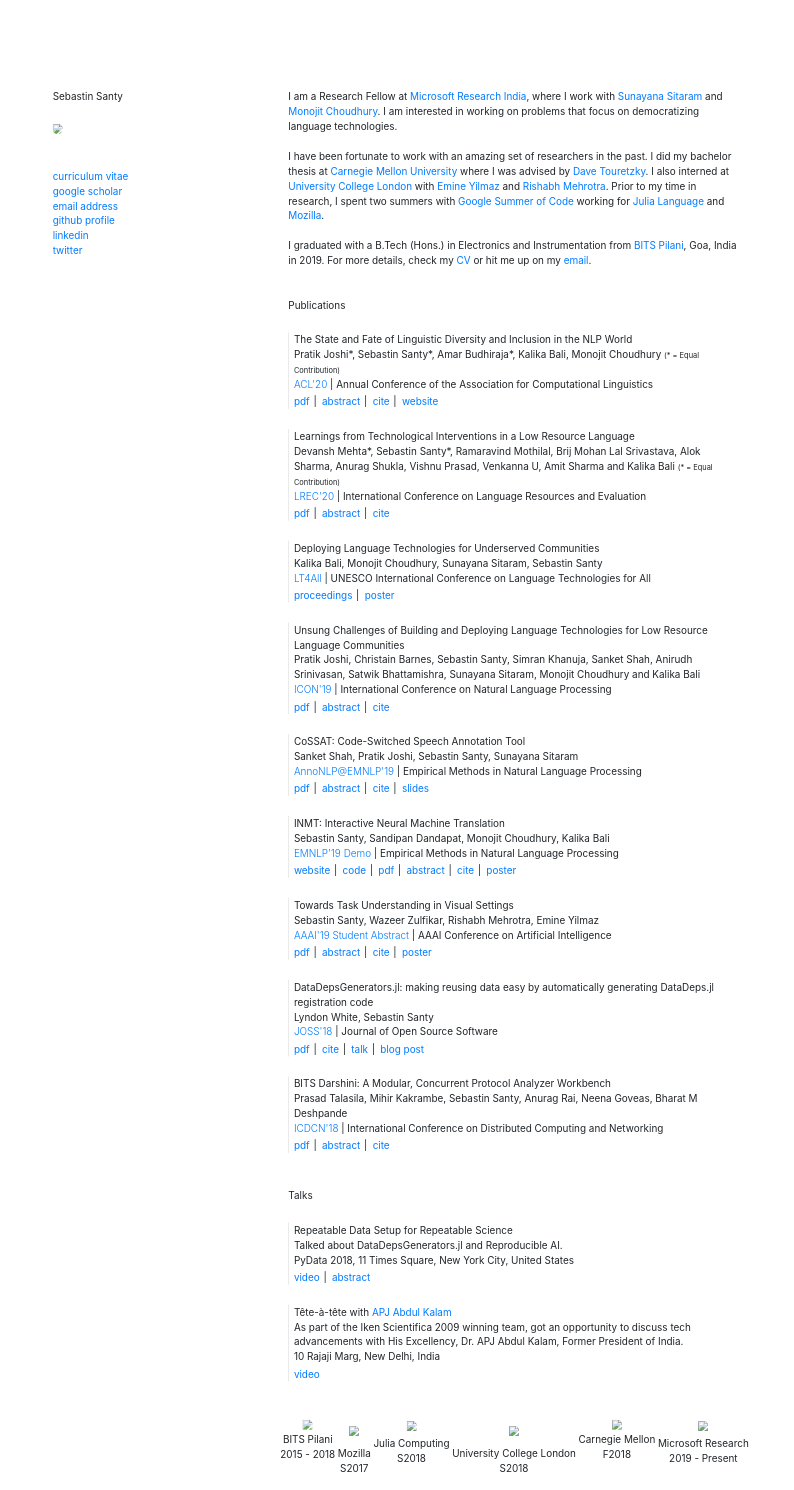
Repository: divyanshuaggarwal/divyanshuaggarwal.github.io
Page: index.html
An editor plug-in stored every save of this project. The page is shown before and after the next save, followed by the edit.
The browser window is 1280 px wide. The pictures show the whole page, at 62% of full size.

Above is the page before, as saved 2024-02-18 23:10:04.
Not found: assets/style-3.js
Not found: images/CMU1.png
Not found: images/bitspilani.png

### index.html
<!doctype html>
<html lang="en">
  <head>

    <!-- Required meta tags -->
    <meta charset="utf-8">
    <meta name="viewport" content="width=device-width, initial-scale=1, shrink-to-fit=no">
    <meta name="description" content="AI Center Fellow, Microsoft Research India">
    <meta name="author" content="Sebastin Santy">
    <meta name="theme-color" content="#222222">

    <link rel="apple-touch-icon" sizes="180x180" href="images/nicons/apple-touch-icon.png">
    <link rel="icon" type="image/png" sizes="32x32" href="images/nicons/favicon-32x32.png">
    <link rel="icon" type="image/png" sizes="16x16" href="images/nicons/favicon-16x16.png">

    <!-- Bootstrap CSS -->
    <link rel="stylesheet" href="https://stackpath.bootstrapcdn.com/bootstrap/4.4.1/css/bootstrap.min.css" integrity="sha384-Vkoo8x4CGsO3+Hhxv8T/Q5PaXtkKtu6ug5TOeNV6gBiFeWPGFN9MuhOf23Q9Ifjh" crossorigin="anonymous">
    <link rel="stylesheet" href="assets/style-3.css">

    <title>Sebastin Santy</title>
  </head>
  <body>
    <!-- <h1>Hello, world!</h1> -->
    <div class="container pt-5 allstuffp">
        <div class="row pt-5 allstuff">
            <div class="col-md-4 pt-5">
                <div class="fixed-posi">
                <p class="name">Sebastin Santy</p>
                <img src="images/profile-pixel.png" class="profilepic pt-3 pb-2">
                <div class="pt-5 menur"><a class="menulink" target="_blank" href="assets/sebastin_cv.pdf">curriculum vitae</a></div>
                <div class=""><a class="menulink" target="_blank" href="https://scholar.google.com/citations?user=HsyMg08AAAAJ">google scholar</a></div>
                <div class=""><a class="menulink" target="_blank" href="mailto:hi@sebast.in">email address</a></div>
                <div class=""><a class="menulink" target="_blank" href="https://github.com/sebastinsanty">github profile</a></div>
                <div class=""><a class="menulink" target="_blank" href="https://www.linkedin.com/in/sebastinsanty/">linkedin</a></div>
                <div class=""><a class="menulink" target="_blank" href="https://twitter.com/sebastinsanty">twitter</a></div>


                <!-- <div class="pt-5">usercontext</div> -->
                <!-- <div class="">travel history</div> -->
                <!-- <div class="">this template</div> -->
                </div>
            </div>
            <div class="col-md-8 pt-5 about">
                 I am a Research Fellow at <a class="in-text"
                     href="https://www.microsoft.com/en-us/research/lab/microsoft-research-india/"
                     target="_blank">Microsoft Research India</a>, where I work with <a class="in-text"
                     href="https://www.microsoft.com/en-us/research/people/kalikab/" target="_blank">Sunayana Sitaram</a> and
                 <a class="in-text" href="https://www.microsoft.com/en-us/research/people/monojitc/"
                     target="_blank">Monojit Choudhury</a>. I am interested in working on problems that focus on
                 democratizing language technologies. <br> <br>


                 I have been fortunate to work with an amazing set of researchers in the past. I did my bachelor thesis
                 at <a class="in-text" href="https://www.cmu.edu/" target="_blank">Carnegie Mellon University</a> where
                 I was advised by <a class="in-text" href="http://www.cs.cmu.edu/~dst/" target="_blank">Dave
                     Touretzky</a>. I also interned at <a class="in-text" href="https://www.ucl.ac.uk/"
                     target="_blank">University College London</a> with <a class="in-text"
                     href="https://emineyilmaz.cs.ucl.ac.uk" target="_blank">Emine Yilmaz</a> and <a class="in-text"
                     href="http://rishabhmehrotra.com/" target="_blank">Rishabh Mehrotra</a>. Prior to my time in
                 research, I spent two summers with <a class="in-text" href="https://summerofcode.withgoogle.com/"
                     target="_blank">Google Summer of Code</a> working for <a class="in-text"
                     href="https://julialang.org/" target="_blank">Julia Language</a> and <a class="in-text"
                     href="https://www.mozilla.org/" target="_blank">Mozilla</a>. <br><br>

                 I graduated with a B.Tech (Hons.) in Electronics and Instrumentation from <a class="in-text"
                     href="https://www.bits-pilani.ac.in/" target="_blank">BITS Pilani</a>, Goa, India in 2019. For more
                 details, check my <a class="in-text" href="assets/sebastin_cv.pdf" target="_blank">CV</a> or hit me up
                 on my <a class="in-text" href="mailto:hi@sebast.in">email</a>.

                 <p class="header pt-5">Publications</p>
                 <div class="py-2">
                 <p class="paper my-2 pl-2">
                     <span class="papertitle">The State and Fate of Linguistic Diversity and Inclusion in the NLP
                         World</span><br>
                     Pratik Joshi*, <span class="thisauthor">Sebastin Santy*</span>, Amar Budhiraja*, Kalika Bali, Monojit Choudhury
                     <span class="noter"> (* = Equal Contribution)</span><br>
                     <span class="conf"><a class="confshort" href="https://acl2020.org/">ACL'20</a> | Annual Conference of the Association for Computational
                         Linguistics</span><br>

                     <a class="tag" href="https://arxiv.org/pdf/2004.09095.pdf" target="_blank">pdf</a><span class="tagsep">|</span>
                     <a class="tag" href="https://arxiv.org/abs/2004.09095" target="_blank">abstract</a><span class="tagsep">|</span>
                     <a class="tag" href="cites/acl2020.bib" target="_blank">cite</a><span class="tagsep">|</span>
                     <a class="tag" href="https://microsoft.github.io/linguisticdiversity/" target="_blank">website</a>
                 </p>
                 </div>
                 <div class="py-2">
                 <p class="paper my-2 pl-2">
                     <span class="papertitle">Learnings from Technological Interventions in a Low Resource
                         Language</span><br>
                     Devansh Mehta*, <span class="thisauthor">Sebastin Santy*</span>, Ramaravind Mothilal, Brij Mohan
                     Lal Srivastava, Alok
                     Sharma, Anurag Shukla, Vishnu Prasad, Venkanna U, Amit Sharma and Kalika Bali
                     <span class="noter"> (* = Equal Contribution)</span><br>
                     <span class="conf"><a class="confshort" href="https://lrec2020.lrec-conf.org/">LREC'20</a> | International Conference on Language
                         Resources and Evaluation</span><br>

                     <a class="tag" href="https://arxiv.org/pdf/2004.10270.pdf" target="_blank">pdf</a><span class="tagsep">|</span>
                     <a class="tag" href="https://arxiv.org/abs/2004.10270" target="_blank">abstract</a><span class="tagsep">|</span>
                     <a class="tag" href="cites/lrec2020.bib" target="_blank">cite</a>
                 </p>
                 </div>
                 <div class="py-2">
                 <p class="paper my-2 pl-2">
                     <span class="papertitle">Deploying Language Technologies for Underserved Communities</span><br>
                     Kalika Bali, Monojit Choudhury, Sunayana Sitaram, <span class="thisauthor">Sebastin Santy</span><br>
                     <span class="conf"><a class="confshort" href="https://en.unesco.org/LT4All">LT4All</a> | UNESCO International Conference on Language
                         Technologies for All</span><br>
                     <a class="tag" href="https://en.unesco.org/sites/default/files/lt4all_programme_day2and3.pdf"
                         target="_blank">proceedings</a><span class="tagsep">|</span>
                     <a class="tag" href="assets/unesco.pdf" target="_blank">poster</a>
                 </p>   </div>
                 <div class="py-2">
                 <p class="paper my-2 pl-2">
                     <span class="papertitle">Unsung Challenges of Building and Deploying Language Technologies for Low
                         Resource Language Communities</span><br>
                     Pratik Joshi, Christain Barnes, <span class="thisauthor">Sebastin Santy</span>, Simran Khanuja,
                     Sanket Shah, Anirudh
                     Srinivasan, Satwik Bhattamishra, Sunayana Sitaram, Monojit Choudhury and Kalika Bali<br>
                     <span class="conf"><a class="confshort" href="https://ltrc.iiit.ac.in/icon2019/">ICON'19</a> | International Conference on Natural
                         Language Processing</span><br>
                     <a class="tag" href="https://arxiv.org/pdf/1912.03457.pdf" target="_blank">pdf</a><span class="tagsep">|</span>
                     <a class="tag" href="https://arxiv.org/abs/1912.03457" target="_blank">abstract</a><span class="tagsep">|</span>
                     <a class="tag" href="cites/icon2019.bib" target="_blank">cite</a>
                 </p>
                 </div>
                 <div class="py-2">
                 <p class="paper my-2 pl-2">
                     <span class="papertitle">CoSSAT: Code-Switched Speech Annotation Tool</span><br>
                     Sanket Shah, Pratik Joshi, <span class="thisauthor">Sebastin Santy</span>, Sunayana Sitaram<br>
                     <span class="conf"><a class="confshort" href="https://www.emnlp-ijcnlp2019.org/">AnnoNLP@EMNLP'19</a> | Empirical
                         Methods in Natural Language
                             Processing</span><br>
                     <a class="tag" href="https://www.aclweb.org/anthology/D19-5907.pdf" target="_blank">pdf</a><span class="tagsep">|</span>
                     <a class="tag" href="https://www.aclweb.org/anthology/D19-5907/" target="_blank">abstract</a><span class="tagsep">|</span>
                     <a class="tag" href="cites/cossat.bib" target="_blank">cite</a><span class="tagsep">|</span>
                     <a class="tag" href="assets/cossat.pdf" target="_blank">slides</a>
                 </p>
                 </div>
                 <div class="py-2">
                 <p class="paper my-2 pl-2">
                     <span class="papertitle">INMT: Interactive Neural Machine Translation</span><br>
                     <span class="thisauthor">Sebastin Santy</span>, Sandipan Dandapat, Monojit Choudhury, Kalika Bali<br>
                     <span class="conf"><a class="confshort" href="https://www.emnlp-ijcnlp2019.org/">EMNLP'19 Demo</a> |
                         Empirical Methods in Natural Language Processing</span><br>
                     <a class="tag" href="https://microsoft.github.io/inmt/" target="_blank">website</a><span class="tagsep">|</span>
                     <a class="tag" href="https://github.com/microsoft/inmt" target="_blank">code</a><span class="tagsep">|</span>
                     <a class="tag" href="https://www.aclweb.org/anthology/D19-3018.pdf" target="_blank">pdf</a><span class="tagsep">|</span>
                     <a class="tag" href="https://www.aclweb.org/anthology/D19-3018/" target="_blank">abstract</a><span class="tagsep">|</span>
                     <a class="tag" href="cites/inmt.bib" target="_blank">cite</a><span class="tagsep">|</span>
                     <a class="tag" href="assets/inmt_poster.pdf" target="_blank">poster</a>
                 </p>   </div>
                 <div class="py-2">
                 <p class="paper my-2 pl-2">
                     <span class="papertitle">Towards Task Understanding in Visual Settings</span><br>
                     <span class="thisauthor">Sebastin Santy</span>, Wazeer Zulfikar, Rishabh Mehrotra, Emine Yilmaz<br>
                     <span class="conf"><a class="confshort" href="#">AAAI'19 Student Abstract</a> | AAAI Conference on Artificial Intelligence</span> <br>
                     <a class="tag" href="https://usercontext.github.io/SceneTask/resources/images/manuscript.pdf"
                         target="_blank">pdf</a><span class="tagsep">|</span>
                     <a class="tag" href="https://usercontext.github.io/SceneTask/" target="_blank">abstract</a><span class="tagsep">|</span>
                     <a class="tag" href="cites/aaai2019.bib" target="_blank">cite</a><span class="tagsep">|</span>
                     <a class="tag" href="https://usercontext.github.io/SceneTask/resources/images/poster.pdf"
                         target="_blank">poster</a>
                 </p>   </div>
                 <div class="py-2">
                 <p class="paper my-2 pl-2">
                     <span class="papertitle">DataDepsGenerators.jl: making reusing data easy by automatically
                         generating DataDeps.jl registration
                         code</span><br>
                     Lyndon White, <span class="thisauthor">Sebastin Santy</span><br>
                     <span class="conf"><a class="confshort" href="#">JOSS'18</a> | Journal of Open Source Software</span> <br>
                     <a class="tag" href="https://arxiv.org/pdf/1912.03457.pdf" target="_blank">pdf</a><span class="tagsep">|</span>
                     <a class="tag" href="cites/datadeps.bib" target="_blank">cite</a><span class="tagsep">|</span>
                     <a class="tag" href="https://www.youtube.com/watch?v=eMtuzjn_Xks" target="_blank">talk</a><span class="tagsep">|</span>
                     <a class="tag"
                         href="https://medium.com/@sebastinsanty/google-summer-of-code-2018-julia-computing-report-8d3f553d7050"
                         target="_blank">blog post</a>
                 </p>   </div>
                 <div class="py-2">
                 <p class="paper my-2 pl-2">
                     <span class="papertitle">BITS Darshini: A Modular, Concurrent Protocol Analyzer
                         Workbench</span><br>
                     Prasad Talasila, Mihir Kakrambe, <span class="thisauthor">Sebastin Santy</span>, Anurag Rai, Neena Goveas, Bharat M
                     Deshpande<br>
                     <span class="conf"><a class="confshort" href="#">ICDCN'18</a> | International Conference on Distributed Computing and Networking</span> <br>
                     <a class="tag" href="assets/icdcn.pdf" target="_blank">pdf</a><span class="tagsep">|</span>
                     <a class="tag" href="https://dl.acm.org/doi/10.1145/3154273.3154316" target="_blank">abstract</a><span class="tagsep">|</span>
                     <a class="tag" href="cites/darshini.bib" target="_blank">cite</a>
                 </p>

                 <p class="header pt-5">Talks</p>
                 <div class="py-2">
                 <p class="paper my-2 pl-2">
                     <span class="papertitle">Repeatable Data Setup for Repeatable Science</span><br>
                     Talked about DataDepsGenerators.jl and Reproducible AI.<br>
                     <span class="conf">PyData 2018, 11 Times Square, New York City, United States</span><br>
                     <a class="tag" href="https://www.youtube.com/watch?v=eMtuzjn_Xks" target="_blank">video</a><span class="tagsep">|</span>
                     <a class="tag" href="https://pydata.org/nyc2018/schedule/presentation/14/"
                         target="_blank">abstract</a>
                 </p>
                 </div>
                 <div class="py-2">
                 <p class="paper my-2 pl-2">
                     <span class="papertitle">Tête-à-tête with <a
                             href="https://en.wikipedia.org/wiki/A._P._J._Abdul_Kalam" target="_blank">APJ Abdul
                             Kalam</a></span><br>
                     As part of the Iken Scientifica 2009 winning team, got an opportunity to discuss tech advancements
                     with His Excellency, Dr. APJ Abdul Kalam, Former President of India.<br>
                     <span class="conf">10 Rajaji Marg, New Delhi, India</span><br>
                     <a class="tag" href="https://www.youtube.com/watch?v=oj-rT6CouZg" target="_blank">video</a>
                 </p>
                 </div>
                 </div>


                <div class="row text-center py-4">
                    <div class="mx-auto mt-2">
                        <img class="img-fluid instilogo p-1" src="images/bitspilani.png">
                        <div class="institution">BITS Pilani</div>
                        <div class="years">2015 - 2018</div>
                    </div>
                    <div class="mx-auto mt-2">
                        <img class="img-fluid instilogo p-3" src="images/mozilla1.png">
                        <div class="institution">Mozilla</div>
                        <div class="years">S2017</div>
                    </div>
                    <div class="mx-auto mt-2">
                        <img class="img-fluid instilogo p-2" src="images/julia1.png">
                        <div class="institution">Julia Computing</div>
                        <div class="years">S2018</div>
                    </div>
                    <div class="mx-auto mt-2">
                        <img class="img-fluid instilogo p-3" src="images/ucl1.png">
                        <div class="institution">University College London</div>
                        <div class="years">S2018</div>
                    </div>
                    <div class="mx-auto mt-2">
                        <img class="img-fluid instilogo p-1" src="images/CMU1.png">
                        <div class="institution">Carnegie Mellon</div>
                        <div class="years">F2018</div>
                    </div>
                    <div class="mx-auto mt-2">
                        <img class="img-fluid instilogo p-2" src="images/microsoft_research_logo.jpg">
                        <div class="institution">Microsoft Research</div>
                        <div class="years">2019 - Present</div>
                    </div>
                </div>

            </div>

        </div>
    </div>

    <!-- Optional JavaScript -->
    <!-- jQuery first, then Popper.js, then Bootstrap JS -->
    <script src="https://code.jquery.com/jquery-3.4.1.slim.min.js" integrity="sha384-J6qa4849blE2+poT4WnyKhv5vZF5SrPo0iEjwBvKU7imGFAV0wwj1yYfoRSJoZ+n" crossorigin="anonymous"></script>
    <script src="https://cdn.jsdelivr.net/npm/popper.js@1.16.0/dist/umd/popper.min.js" integrity="sha384-Q6E9RHvbIyZFJoft+2mJbHaEWldlvI9IOYy5n3zV9zzTtmI3UksdQRVvoxMfooAo" crossorigin="anonymous"></script>
    <script src="https://stackpath.bootstrapcdn.com/bootstrap/4.4.1/js/bootstrap.min.js" integrity="sha384-wfSDF2E50Y2D1uUdj0O3uMBJnjuUD4Ih7YwaYd1iqfktj0Uod8GCExl3Og8ifwB6" crossorigin="anonymous"></script>
    <script src="assets/style-3.js"></script>
</body>
  <style>
  </style>
</html>

### assets/style-3.css
.instilogo {
    height: 50px;
    filter: grayscale(20%);
}

a:hover {
    /* font-weight: 400; */
    text-decoration: none;
    transition-duration: 0.3s;
    transition-timing-function: linear;
    /* color: #444; */
}


.noter {
    font-size: 9pt;
}

.tagsep {
    padding: 4px;
}

.tag {
    padding-right: 2px;
}

.confshort {
    font-weight: 300;
}

.conf {
    display: inline-block;
    padding-bottom: 4px;
}

.paper {
    border-left: 1px solid #ddd;
}

.menulink:hover {
    color: #111;
}

.profilepic {
    width: 250px;
    border-radius: 40%;
    filter: grayscale(30%);
}

@media (min-width: 768px) {
    .fixed-posi {
        /* width: 50%;
            margin-left: 50%;
            min-height:100%; */
        position: fixed;
    }
}

@media only screen and (max-width: 900px) {
    .allstuff {
        padding-top: 0px !important;
    }

    .allstuffp {
        padding-top: 0px !important;
    }

    .profilepic {
        width: 90px;
        border-radius: 40%;
        padding-top: 0px !important;
        padding-bottom: 0px !important;
        filter: grayscale(30%);
    }

    .menur {
        padding-top: 18px !important;
    }

}

/* .thisauthor {
          color: #111;
          text-decoration: underline;
    } */

After the next save:
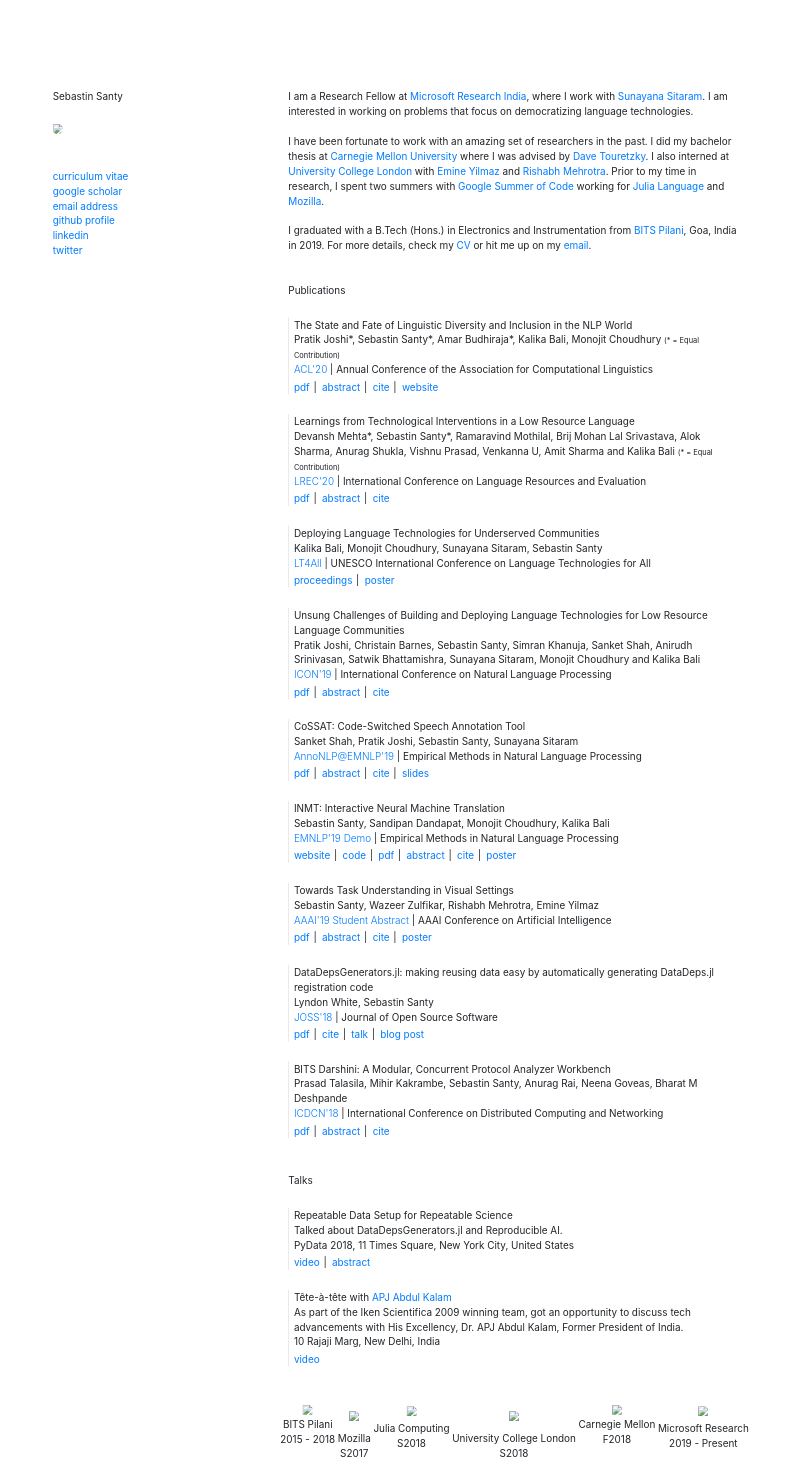
Saved 10 s later.
--- a/index.html
+++ b/index.html
@@ -44,9 +44,7 @@
                  I am a Research Fellow at <a class="in-text"
                      href="https://www.microsoft.com/en-us/research/lab/microsoft-research-india/"
                      target="_blank">Microsoft Research India</a>, where I work with <a class="in-text"
-                     href="https://www.microsoft.com/en-us/research/people/kalikab/" target="_blank">Sunayana Sitaram</a> and
-                 <a class="in-text" href="https://www.microsoft.com/en-us/research/people/monojitc/"
-                     target="_blank">Monojit Choudhury</a>. I am interested in working on problems that focus on
+                     href="https://www.microsoft.com/en-us/research/people/kalikab/" target="_blank">Sunayana Sitaram</a>. I am interested in working on problems that focus on
                  democratizing language technologies. <br> <br>
 
 
